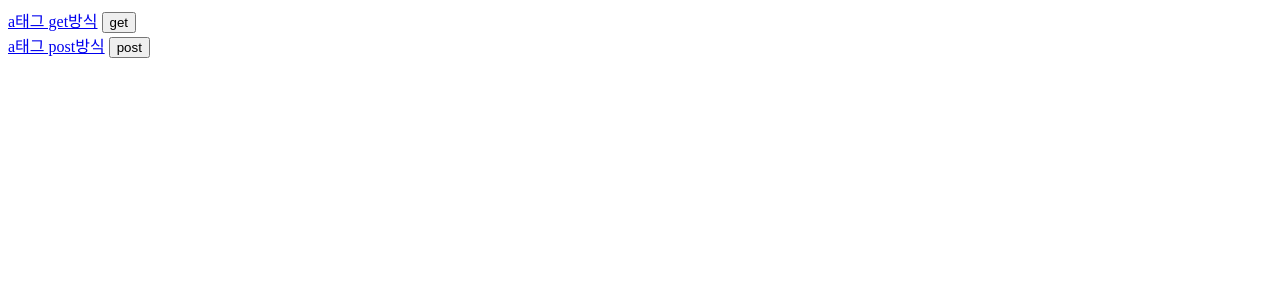
Repository: Leewonhoo/kostaweb
Page: http://localhost/Web_hello/index.jsp
The author's editor kept a copy of each file at every save. The page is drawn from the files as they stood at one save, then again after the next save.
The browser window is 1280 px wide. The pictures show the whole page.
The page is served by Tomcat 9.

Above is the page before, as saved 2017-09-15 02:52:34.

After the next save:
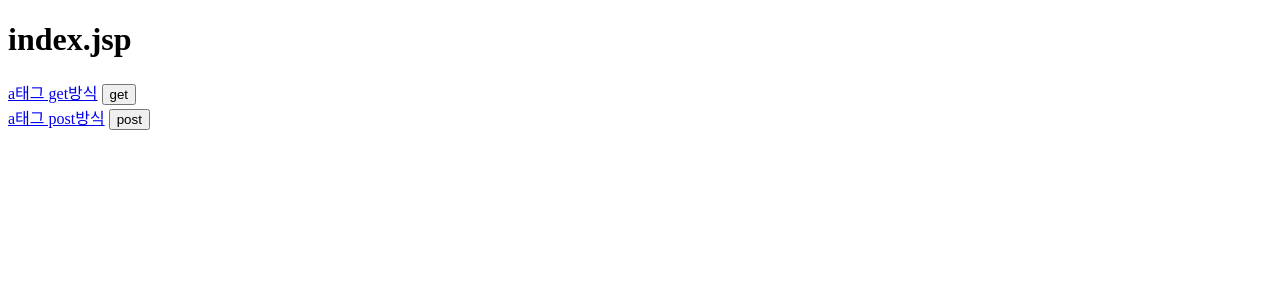
Saved 38 s later.
--- a/Web_hello/WebContent/index.jsp
+++ b/Web_hello/WebContent/index.jsp
@@ -7,6 +7,7 @@
 <title>Insert title here</title>
 </head>
 <body>
+	<h1>index.jsp</h1>
 	<form method="get" action="http://localhost:8090/kosta/hello">
 		<a href="http://localhost:8090/kosta/hello">a태그 get방식</a>
 		<input type="submit" value="get">
